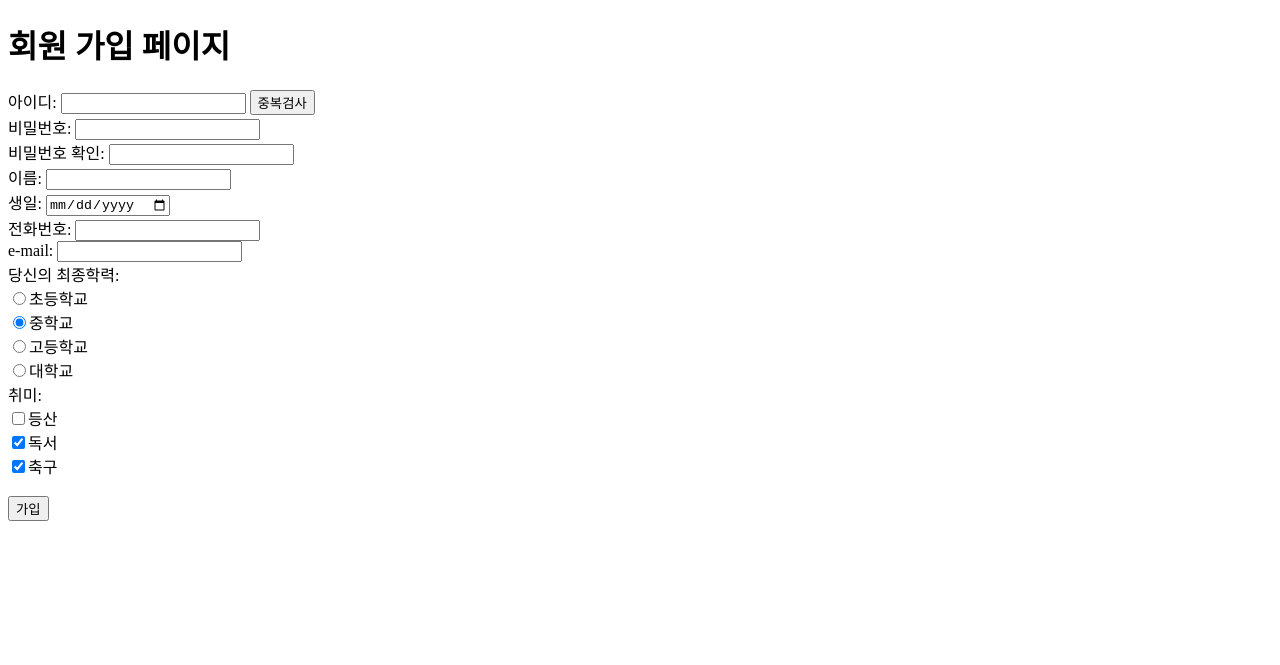
Repository: woneeseo/javastudy
Page: htmlStudy/workspace_html/HelloWorld/WebContent/d.html
These files come from the project's save history. The page is drawn as it stood at one moment and after the next save; the edit follows.
The browser window is 1280 px wide. The pictures show the whole page.

Above is the page before, as saved 2020-12-07 02:02:04.

### htmlStudy/workspace_html/HelloWorld/WebContent/d.html
<!DOCTYPE html>
<html>
<head>
<meta charset="UTF-8">
<title>Insert title here</title>
</head>
<body>

<h1>회원 가입 페이지</h1>

<form action="a.html" method="post">
<!-- method를 post로 지정해 준 이유 : 개인정보등의 보안이 필요한 정보를 입력받을 때 -->
<!-- get method를 지정해버리면 쿼리스트림으로 url에 표시되어버리기 때문에 보안에 취약함 -->

	<label for="id">아이디: </label>
	<input id = "id" name="id"> <button>중복검사</button>
	<!-- lable : 직접 input태그를 클릭하지 않아도 레이블 부분을 클릭하면 커서가 input창으로 감 -->
	<!-- id와 label을 묶어 줄 때에는 별도의 id를 만들어서 label태그에 for를 이용해 묶어준다. -->
	<br>

	<label for="pw1">비밀번호: </label>
	<input id="pw1" type="password" name="pw1">
	<br>

	<label for="pw2">비밀번호 확인: </label>
	<input id="pw2" type="password" name="pw2">
	<br>

	<label for="name">이름: </label>
	<input id="name" name="name">
	<br>

	<label for="birth">생일: </label>
	<input id="birth" type="date" name="birth">
	<br>

	<label for="tel">전화번호: </label>
	<input type="tel" id="tel" name="tel">
	<br>

	<label for="email">e-mail: </label>
	<input type="email" id="email" name="email">
	<br>

	<label>당신의 최종학력: </label><br>
	<input type="radio" name="school" value="es" id="es"><label for="es">초등학교</label><br>
	<input type="radio" name="school" value="ms" id="ms" checked><label for="ms">중학교</label><br>
	<input type="radio" name="school" value="hs" id="hs"><label for="hs">고등학교</label><br>
	<input type="radio" name="school" value="us" id="us"><label for="us">대학교</label><br>

	<!-- radio는 선택지중의 하나만 선택해 value를 넘겨받겠다는 의미 -->
	<!-- 답이 하나밖에 없는 다지선다 문제라고 생각하면 됨 -->
	<!-- 최종학력 이라는 문제에 저장될 답 name은 하나이다 -->
	<!-- name이 갖는 값만을 다르게 설정해주면, 선택받은 value의 값이 저장되어 넘어감 -->
	<!-- 체크박스나 라디오버튼을 구현할 때는 어느 한 보기문항에 checked 태그를 넣어준다. -->
	<!-- 미리 체크를 해 둬서 이것이 라디오버튼이라는 것을 알려주기 위함 -->


	<!-- 체크박스 넣기 -->
	<!-- 여러가지 값이어도 한 항목에 있기 때문에 name은 동일하게 해줌 -->
	<!-- 서버로 넘어가는 데이터는 <input></input>안에 있어야 함 -->
	<!-- 주관식이 아닌 객관식(선택지)의 경우에는 value가 필요함 -->
	<!-- 체크박스의 경우 다중 선택이 가능함 : checked속성을 여러개 넣어줘서 -->
	<!-- 여러 항목이 선택 가능함을 알려준다. -->

	<label>취미: </label><br>
	<input type="checkbox" name="hobby" value="climb" id="cl"><label for="cl">등산</label><br>
	<input type="checkbox" name="hobby" value="read" checked id="re"><label for="re">독서</label> <br>
	<input type="checkbox" name="hobby" value="soccer" checked id="so"><label for="so">축구</label><br>

	<br>

	<input type="submit" value="가입">
	<!-- 웹사이트에서 입력받는 모든 값은 String형으로 저장된다 -->
	<!-- parse()를 이용해서 자료형을 변경해 이용해줄 수 있다. -->

	<br>

</form>

</body>
</html>

After the next save:
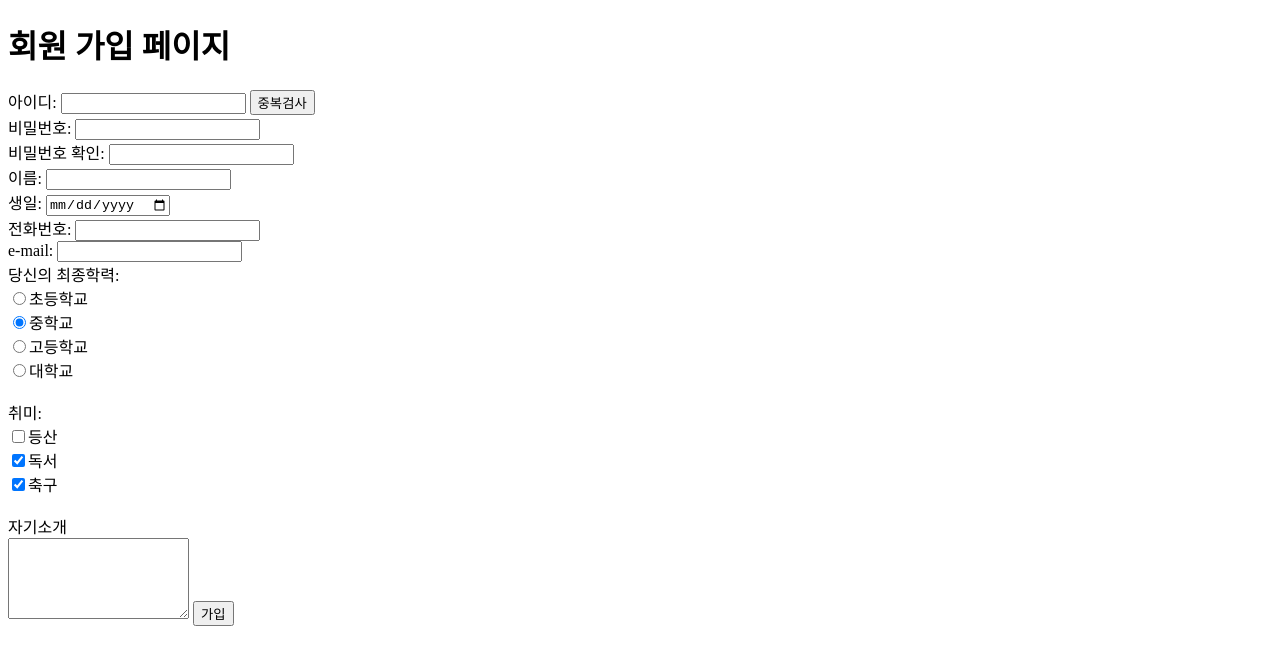
Saved 18 min 17 s later.
--- a/htmlStudy/workspace_html/HelloWorld/WebContent/d.html
+++ b/htmlStudy/workspace_html/HelloWorld/WebContent/d.html
@@ -55,6 +55,7 @@
 	<!-- 체크박스나 라디오버튼을 구현할 때는 어느 한 보기문항에 checked 태그를 넣어준다. -->
 	<!-- 미리 체크를 해 둬서 이것이 라디오버튼이라는 것을 알려주기 위함 -->
 
+	<br>
 
 	<!-- 체크박스 넣기 -->
 	<!-- 여러가지 값이어도 한 항목에 있기 때문에 name은 동일하게 해줌 -->
@@ -70,6 +71,12 @@
 
 	<br>
 
+	<label>자기소개</label><br>
+	<textarea rows="5" name="myint"></textarea>
+	<!-- textbox를 지정할 때는 input이 아닌 textarea를 사용한다 -->
+	<!-- <textarea rows="(줄 수)" cols="(칸 수)"></textarea> -->
+
+
 	<input type="submit" value="가입">
 	<!-- 웹사이트에서 입력받는 모든 값은 String형으로 저장된다 -->
 	<!-- parse()를 이용해서 자료형을 변경해 이용해줄 수 있다. -->
